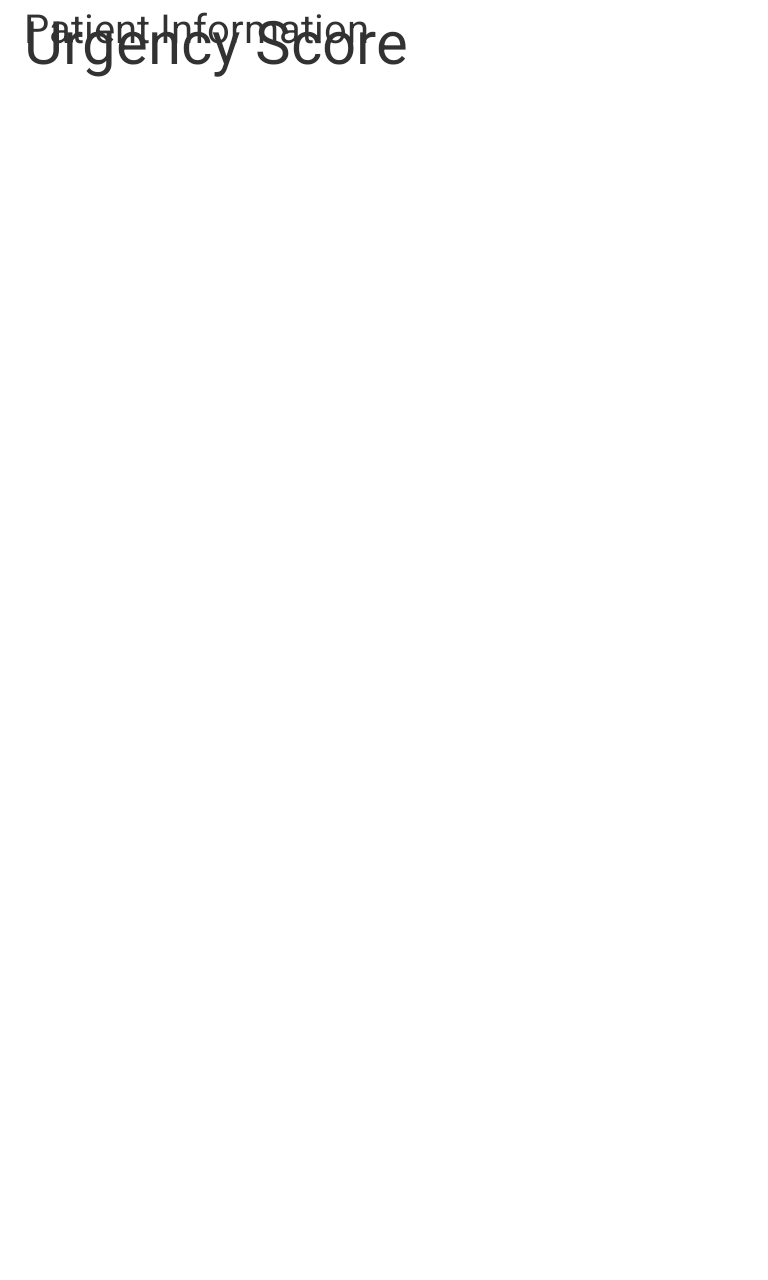
Repository: wangyuan0915/ER
Layout: workspace2/phase3/res/layout/activity_patient_record_help.xml
An editor plug-in stored every save of this project. The layout is shown before and after the next save, followed by the edit.
It is drawn on a 768 x 1280 px phone screen (xhdpi) without system bars, with theme AppTheme; the app's code is not run.

Above is the layout before, as saved 2013-11-26 23:03:46.

### workspace2/phase3/res/layout/activity_patient_record_help.xml
<?xml version="1.0" encoding="utf-8"?>
<RelativeLayout
	android:id="@+id/RelativeLayout01"
	android:layout_width="fill_parent"
	xmlns:android="http://schemas.android.com/apk/res/android"
	android:layout_height="wrap_content"
	android:paddingBottom="4dip"
	android:paddingLeft="12dip"
	android:paddingRight="12dip">

<TextView
    android:id="@+id/num"
    android:layout_width="fill_parent"
    android:layout_height="wrap_content"
    android:text="@string/urgency_score"
    android:textSize="30sp" />

<TextView
    android:id="@+id/patient_information_view"
    android:layout_width="fill_parent"
    android:layout_height="wrap_content"
    android:layout_below="@+id/urgency_score"
    android:text="@string/patient_information"
    android:textSize="20sp"/>

</RelativeLayout>

### workspace2/phase3/res/values/strings.xml
<?xml version="1.0" encoding="utf-8"?>
<resources>

    <string name="app_name">phase3</string>
    <string name="action_settings">Settings</string>
    <string name="hello_world">Hello world!</string>
    <string name="Login">Login</string>
    <string name="username">username</string>
    <string name="password">password</string>
    <string name="Nurse">Nurse</string>
    <string name="Physician">Physician</string>
    <string name="login">login</string>
    <string name="title_activity_choice">ChoiceActivity</string>
    <string name="title_activity_physician__choice">Physician_ChoiceActivity</string>
    <string name="Hello">Hello</string>
    <string name="Add_a_new_patient">Add a new patient</string>
    <string name="Add_VitalSign">Add VitalSign</string>
    <string name="title_activity_new_patient">NewPatientActivity</string>
    <string name="title_activity_add_vital_sign">AddVitalSignActivity</string>
    <string name="New_Patient">New Patient</string>
    <string name="patient_name">patient\'s name</string>
    <string name="Health_Card_Number">Health Card Number</string>
    <string name="Birthday">Birthday</string>
    <string name="Year">Year</string>
    <string name="Month">Month</string>
    <string name="Day">Day</string>
    <string name="Date">Date</string>
    <string name="Time">Time</string>
    <string name="Hour">Hour</string>
    <string name="Minute">Minute</string>
    <string name="Submit">Submit</string>
    <string name="VitalSign">VitalSign</string>
    <string name="Temperature">Temperature</string>
    <string name="Systolic">Systolic</string>
    <string name="Diastolic">Diastolic</string>
    <string name="Heartrate">Heartrate</string>
    <string name="View_Patient_Record">View Patient\'s Record</string>
    <string name="Add_Prescription">Add Prescription</string>
    <string name="title_activity_view_patient_record">ViewPatientRecord</string>
    <string name="title_activity_add_prescription">AddPrescription</string>
    <string name="Medication">Medication</string>
    <string name="Instruction">Instruction</string>
    <string name="Urgency_List">Urgency List</string>
    <string name="Record_check_in_time">Record Check-inTime</string>
    <string name="title_activity_urgency_list">UrgencyListActivity</string>
    <string name="title_activity_check_time">CheckTimeActivity</string>
    <string name="urgency_score">Urgency Score</string>
    <string name="patient_information">Patient Information</string>
    <string name="title_activity_patient_record">PatientRecordActivity</string>

</resources>

Loaded but not shown: workspace2/phase3/res/values/styles.xml (common file); workspace2/phase3/res/values-v11/styles.xml (common file); workspace2/phase3/res/values-v14/styles.xml (common file)

After the next save:
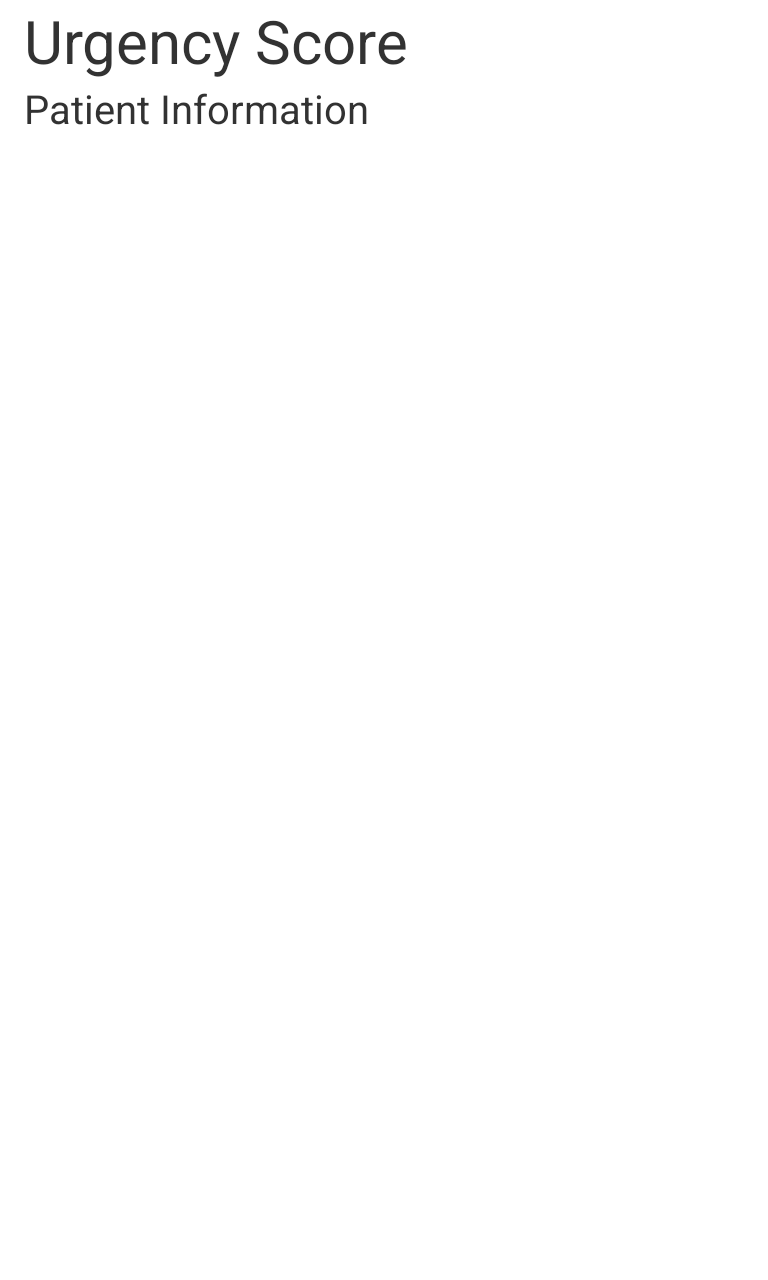
Saved 8 s later.
--- a/workspace2/phase3/res/layout/activity_patient_record_help.xml
+++ b/workspace2/phase3/res/layout/activity_patient_record_help.xml
@@ -19,7 +19,7 @@
     android:id="@+id/patient_information_view"
     android:layout_width="fill_parent"
     android:layout_height="wrap_content"
-    android:layout_below="@+id/urgency_score"
+    android:layout_below="@+id/num"
     android:text="@string/patient_information"
     android:textSize="20sp"/>
 
